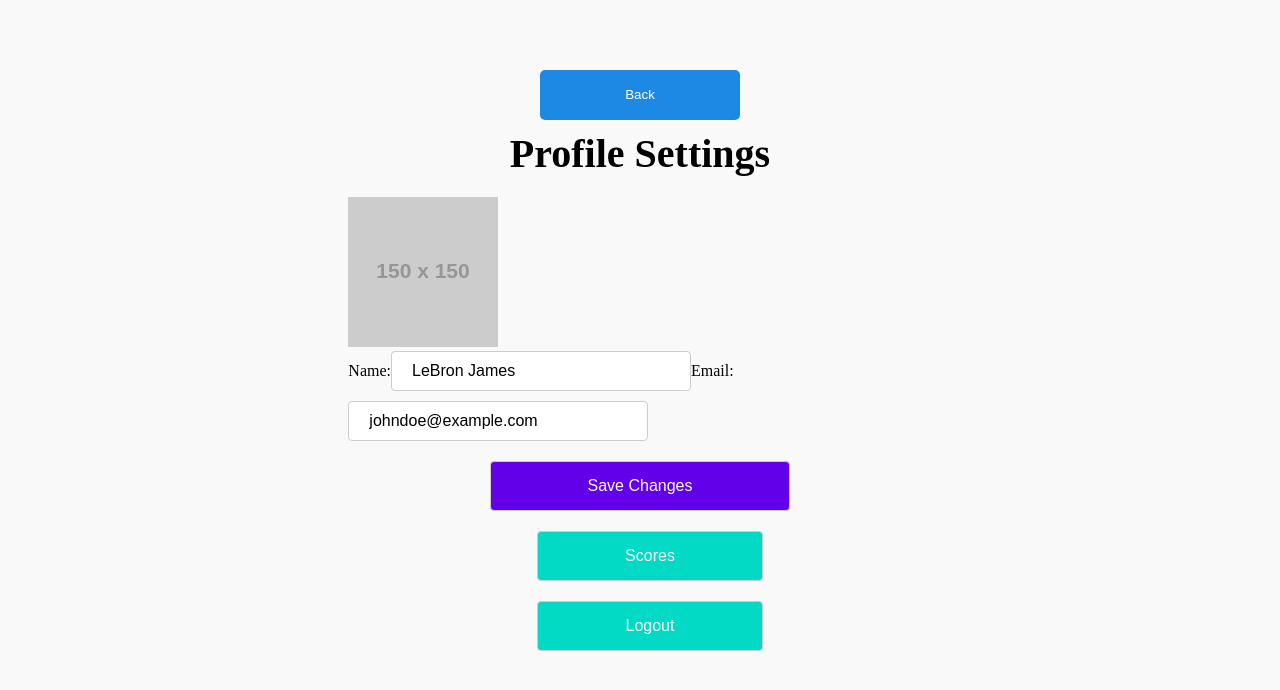
Repository: parnelltse/frontend2-courseproject
Page: /profilesettings
These files come from the project's save history. The page is drawn as it stood at one moment and after the next save; the edit follows.
The browser window is 1280 px wide. The pictures show the whole page.
The project was rebuilt for these pictures with package versions that can differ from the ones it lists, and the page was loaded fresh each time. Also part of the build but not shown: vite.config.js, src/pages/landing.jsx, src/pages/home.jsx, src/components/BackButton.jsx, src/pages/gameoptions.jsx, src/pages/appsettings.jsx, src/pages/gamehistory.jsx, src/pages/singleplayer.jsx and 5 more.

Above is the page before, as saved 2024-11-15 12:49:30.

### src/App.jsx
import React, { useState } from 'react';
import { BrowserRouter as Router, Routes, Route } from 'react-router-dom';
import { Landing } from './pages/landing';
import Home from './pages/home';
import Gameoptions from './pages/gameoptions';
import AppSettings from './pages/appsettings';
import ProfileSettings from './pages/profilesettings';
import GameHistory from './pages/gamehistory'; // Import GameHistory
import SinglePlayer from './pages/singleplayer';
import MultiPlayer from './pages/multiplayer';
import ResumeGame from './pages/resumegame';
import SingleGame from './pages/singlegame';
import MultiGame from './pages/multigame';

function App() {
  const [scores, setScores] = useState([
    { date: '2024-10-19', score: 85, gameMode: 'Single Player' },
    { date: '2024-10-18', score: 90, gameMode: 'Multiplayer' },
    { date: '2024-10-17', score: 75, gameMode: 'Single Player' },
  ]);

  return (
    <Router>
      <Routes>
        <Route path="/" element={<Landing />} />
        <Route path="/home" element={<Home />} />
        <Route path="/gameoptions" element={<Gameoptions />} />
        <Route path="/appsettings" element={<AppSettings />} />
        <Route path="/profilesettings" element={<ProfileSettings />} />
        <Route path="/gamehistory" element={<GameHistory scores={scores} />} /> {/* Pass scores as prop */}
        <Route path="/singleplayer" element={<SinglePlayer />} />
        <Route path="/multiplayer" element={<MultiPlayer />} />
        <Route path="/resumegame" element={<ResumeGame />} />
        <Route path="/singlegame" element={<SingleGame />} />
        <Route path="/multigame" element={<MultiGame />} />
      </Routes>
    </Router>
  );
}

export default App;

### src/pages/profilesettings.jsx
import React, { useState } from 'react';
import { useNavigate } from 'react-router-dom';

const ProfileSettings = () => {
  const [profile, setProfile] = useState({
    name: 'LeBron James',
    email: 'johndoe@example.com',
    avatar: 'https://via.placeholder.com/150',
  });

  const navigate = useNavigate();

  const handleChange = (e) => {
    const { name, value } = e.target;
    setProfile({
      ...profile,
      [name]: value,
    });
  };


  const handleBackClick = () => {
    navigate(-1);
  };

  const handleSave = () => {
    alert('Profile saved!');

  };


  const handleScoresClick = () => {
    navigate('/gamehistory');
  };

  return (
    <div className="profile-settings-container">
      <button onClick={handleBackClick} className="back-arrow-button">
        <i className="fas fa-arrow-left"></i> Back
      </button>

      <h1 className="profile-settings-title">Profile Settings</h1>

      <div className="profile-info">
        <div className="profile-avatar">
          <img src={profile.avatar} alt="Avatar" width={150} height={150} />
        </div>
        <div className="profile-details">
          <label>
            Name:
            <input
              className="username-input"
              type="text"
              name="name"
              value={profile.name}
              onChange={handleChange}
            />
          </label>
          <label>
            Email:
            <input
              className="username-input"
              type="email"
              name="email"
              value={profile.email}
              onChange={handleChange}
            />
          </label>
        </div>
      </div>

      <button className="save-button" onClick={handleSave}>
        Save Changes
      </button>

      <div className="navigation-buttons">
        <button className="scores-button" onClick={handleScoresClick}>Scores</button> {/* Link to GameHistory */}
        <button className="scores-button">Logout</button>
      </div>
    </div>
  );
};

export default ProfileSettings;

### src/App.css
/* General Reset */
* {
	margin: 0;
	padding: 0;
	box-sizing: border-box;
  }

  /* Home page */
  .container {
	display: flex;
	flex-direction: column;
	align-items: center;
	justify-content: center;
	min-height: 100vh;
	background-color: #e3f2fd;
	padding: 20px;
	padding-top: 15vh;
  }

  header {
	text-align: center;
	margin-bottom: 40px;
  }

  button {
	background-color: #1e88e5;
	color: white;
	border: none;
	border-radius: 5px;
	padding: 10px;
	cursor: pointer;
	transition: background-color 0.3s;
	width: 200px;
	height: 50px;
	margin: 10px;
  }

  button:hover {
	background-color: #1565c0;
  }

  .button-container {
	display: flex;
	flex-direction: column;
	align-items: center;
  }

  .title {
	font-size: 2.5rem;
	text-align: center;
	margin-bottom: 20px;
  }

  .profile-button, .play-button, .settings-button {
	border-radius: 5px;
	padding: 15px 25px;
	font-size: 1.5rem;
	cursor: pointer;
	transition: background-color 0.3s;
  }

  .profile-button {
	background-color: #6200ea;
	color: white;
	margin-bottom: 20vh;
  }

  .profile-button:hover {
	background-color: #3700b3;
  }

  .play-button {
	background-color: #03dac6;
	color: rgb(74, 96, 86);
  }

  .play-button:hover {
	background-color: #018786;
	color: white;
  }

  .settings-button {
	background-color: #ff5722;
	color: white;
  }

  .settings-button:hover {
	background-color: #c41c00;
  }

  /* Profile Settings Page */
  .profile-settings-container {
	display: flex;
	flex-direction: column;
	align-items: center;
	justify-content: center;
	min-height: 100vh;
	background-color: #f9f9f9;
	padding: 20px;
	position: relative; /* Add relative positioning */
  }

  .profile-settings-title {
	font-size: 2.5rem;
	margin-bottom: 20px;
  }

  .submitted-username {
	font-size: 1.5rem;
	color: #6200ea;
	margin-bottom: 20px;
  }

  .profile-settings-form {
	display: flex;
	flex-direction: column;
	align-items: center;
	width: 100%;
	max-width: 400px;
  }

  .username-input, .save-button, .scores-button {
	padding: 10px 20px;
	font-size: 1rem;
	border: 1px solid #ccc;
	border-radius: 4px;
	margin-bottom: 10px;
	width: 100%;
	max-width: 300px;
  }

  .save-button {
	background-color: #6200ea;
	color: white;
  }

  .save-button:hover {
	background-color: #3700b3;
  }

  .scores-button {
	background-color: #03dac6;
	color: white;
  }

  .scores-button:hover {
	background-color: #018786;
  }

  /* Back Button (aligned to left) */
  .back-button {
	position: absolute; /* Use absolute positioning to place it on the left */
	left: 20px;
	top: 20px;
  }

  /* Game Options */
  .game-options-container {
	display: flex;
	flex-direction: column;
	align-items: center;
	justify-content: center;
	min-height: 100vh;
	background-color: #f0f4f8;
	padding: 20px;
  }

  .game-options-title {
	font-size: 2.5rem;
	margin-bottom: 40px;
  }

  .game-options-buttons {
	display: flex;
	flex-direction: column;
	gap: 15px;
  }

  .game-option-button {
	padding: 15px 30px;
	font-size: 1.2rem;
	background-color: #6200ea;
	color: white;
	border: none;
	border-radius: 5px;
	cursor: pointer;
	transition: background-color 0.3s;
	width: 100%;
	max-width: 300px;
  }

  .game-option-button:hover {
	background-color: #3700b3;
  }

  /* Game History Page */
  .history-container {
	padding: 20px;
	background-color: #f4f4f9;
	border-radius: 8px;
	max-width: 800px;
	margin: 0 auto;
  }

  .history-title {
	font-size: 2rem;
	color: #333;
	text-align: center;
	margin-bottom: 10px;
  }

  .history-description {
	font-size: 1.1rem;
	color: #666;
	text-align: center;
	margin-bottom: 20px;
  }

  .score-table {
	width: 100%;
	margin-top: 20px;
  }

  table {
	width: 100%;
	border-collapse: collapse;
	background-color: #fff;
	border-radius: 8px;
  }

  th, td {
	padding: 10px;
	text-align: left;
  }

  th {
	background-color: #2c3e50;
	color: #fff;
	font-weight: bold;
  }

  td {
	border-bottom: 1px solid #ddd;
	color: #555;
  }

  td:last-child {
	text-transform: capitalize;
  }

  tr:hover {
	background-color: #f9f9f9;
  }

  tr:last-child td {
	border-bottom: none;
  }

  .back-button {
	display: block;
	margin: 20px auto;
  }

Loaded but not shown: index.html (common file); src/main.jsx (common file)

After the next save:
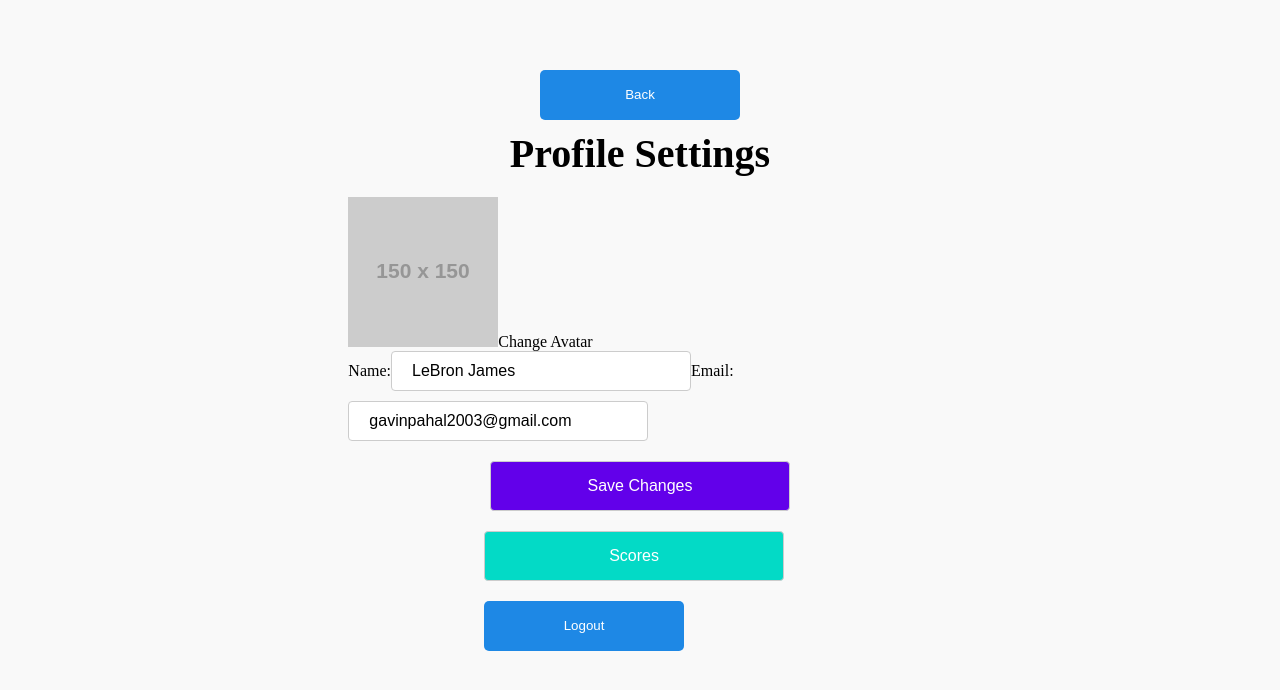
Saved 11 h 15 min later.
--- a/src/pages/profilesettings.jsx
+++ b/src/pages/profilesettings.jsx
@@ -4,9 +4,11 @@ import { useNavigate } from 'react-router-dom';
 const ProfileSettings = () => {
   const [profile, setProfile] = useState({
     name: 'LeBron James',
-    email: 'johndoe@example.com',
+    email: 'gavinpahal2003@gmail.com',
     avatar: 'https://via.placeholder.com/150',
   });
+
+  const [selectedImage, setSelectedImage] = useState(null);
 
   const navigate = useNavigate();
 
@@ -18,19 +20,32 @@ const ProfileSettings = () => {
     });
   };
 
-
   const handleBackClick = () => {
     navigate(-1);
   };
 
   const handleSave = () => {
     alert('Profile saved!');
-
+    // Add any save logic here
   };
-
 
   const handleScoresClick = () => {
     navigate('/gamehistory');
+  };
+
+  const handleImageUpload = (e) => {
+    const file = e.target.files[0];
+    if (file) {
+      const reader = new FileReader();
+      reader.onload = () => {
+        setProfile((prevProfile) => ({
+          ...prevProfile,
+          avatar: reader.result,
+        }));
+      };
+      reader.readAsDataURL(file);
+      setSelectedImage(file);
+    }
   };
 
   return (
@@ -44,6 +59,16 @@ const ProfileSettings = () => {
       <div className="profile-info">
         <div className="profile-avatar">
           <img src={profile.avatar} alt="Avatar" width={150} height={150} />
+          <label htmlFor="avatar-upload" className="upload-label">
+            Change Avatar
+          </label>
+          <input
+            type="file"
+            id="avatar-upload"
+            accept="image/*"
+            onChange={handleImageUpload}
+            style={{ display: 'none' }}
+          />
         </div>
         <div className="profile-details">
           <label>
@@ -74,8 +99,10 @@ const ProfileSettings = () => {
       </button>
 
       <div className="navigation-buttons">
-        <button className="scores-button" onClick={handleScoresClick}>Scores</button> {/* Link to GameHistory */}
-        <button className="scores-button">Logout</button>
+        <button className="scores-button" onClick={handleScoresClick}>
+          Scores
+        </button>
+        <button className="logout-button">Logout</button>
       </div>
     </div>
   );
